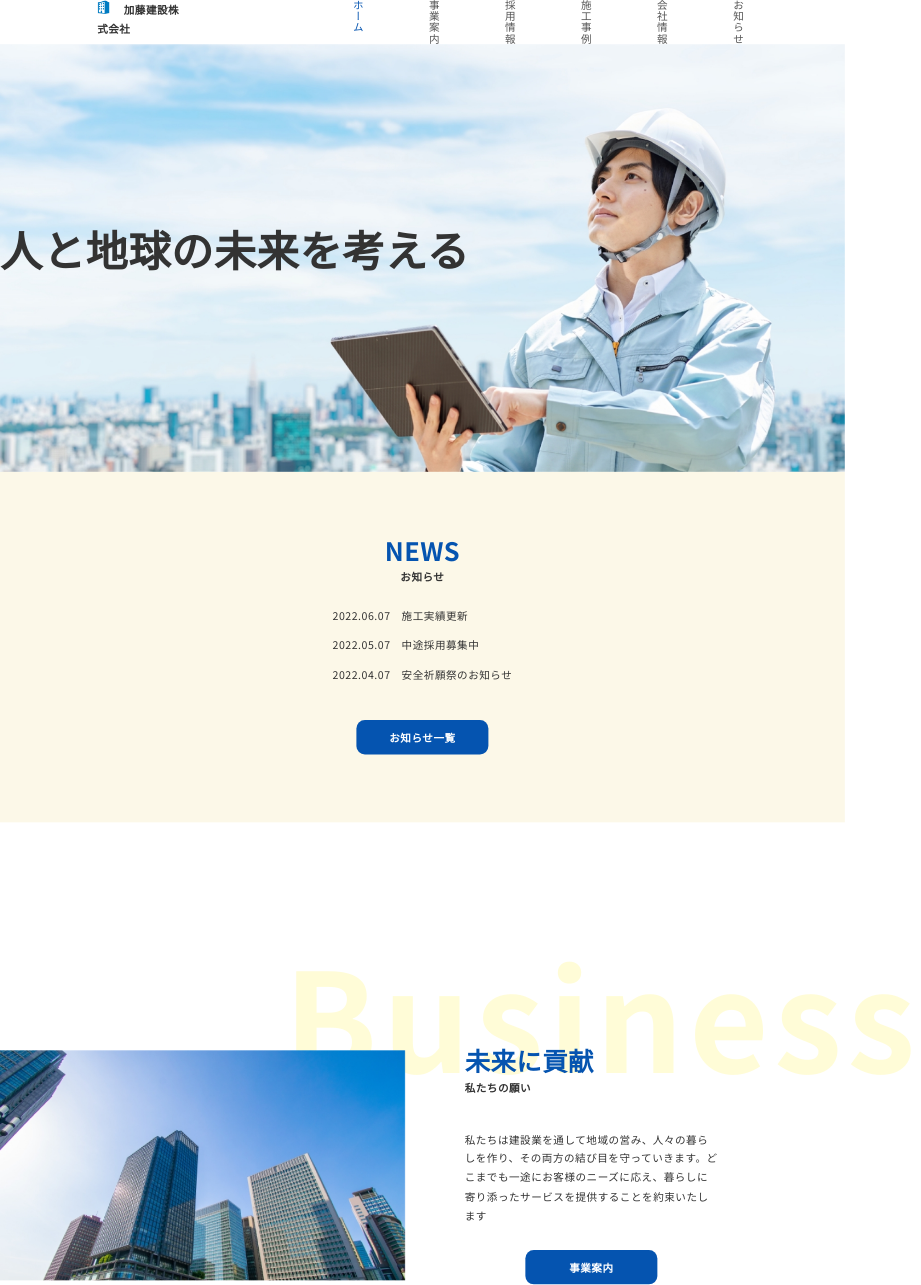
Repository: nozomi-23/hp1_test
Page: index.html
The author's editor kept a copy of each file at every save. The page is drawn from the files as they stood at one save, then again after the next save.
The browser window is 1280 px wide. The page is 1395 px wide, so the pictures cover 1395 px, including what lies to the right of the window. The pictures show the whole page, at 66% of full size.

Above is the page before, as saved 2022-06-12 14:59:46.

### index.html
<!DOCTYPE html>
<html lang="ja">
<head>
<meta charset="UTF-8">
<title>加藤建設 株式会社</title>
<meta name="description" content="人と地球の未来を考える 加藤建設 株式会社">
<meta name="keywords" content="建築,土木,インフラ">
<meta name="viewport" content="width=device-width, initial-scale=1.0">
<meta property="og:title" content="建築依頼なら「加藤建設 株式会社」">
<meta property="og:type" content="article">
<meta property="og:url" content="https://withcode-plus.tech">
<meta property="og:image" content="img/logo.png">
<meta property="og:description" content="確かな技術力が自慢、インフラから地域貢献まで加藤建設にお任せ下さい">
<meta property="og:site_name" content="加藤建設 株式会社">
<link rel="icon" href="img/favicon.ico">
<link rel="apple-touch-icon" sizes="180x180" href="img/logo.png">
<link rel="preconnect" href="https://fonts.googleapis.com">
<link rel="preconnect" href="https://fonts.gstatic.com" crossorigin>
<link href="https://fonts.googleapis.com/css2?family=Noto+Sans+JP:wght@400;500;700&family=Noto+Serif+JP&display=swap"
  rel="stylesheet">
<link rel="stylesheet" type="text/css" href="css/reset.css">
<link rel="stylesheet" type="text/css" href="css/common1.css">
<link rel="stylesheet" type="text/css" href="css/index.css">
</head>
<body>
  <!-- =========header -->
  <header>
    <div class="header_wrapper">
      <div class="header_inner">
        <h1 class="header_left">加藤建設株式会社</h1>
        <nav class="header_right" >
          <ul class="header_list">
            <li><a href="#" class="color">ホーム</a></li>
            <li><a href="html/business.html">事業案内</a></li>
            <li><a href="html/recruit.html">採用情報</a></li>
            <li><a href="html/work.html">施工事例</a></li>
            <li><a href="html/company.html">会社情報</a></li>
            <li><a href="html/news.html">お知らせ</a></li>
          </ul>
        </nav>
      </div>
    </div>
  </header>
  <!-- =========main_view -->
  <main>
    <section class="main_wrapper">
      <div class="main_txt">
        <h3>人と地球の未来を考える</h3>
      </div>
    </section>
    <!-- =========news -->
    <section class="news section section_color">
      <div class="news_wrapper">
        <h2 class="title">NEWS<br>
          <small>お知らせ</small></h2>
        <ul class="news_list">
          <li>2022.06.07&emsp;施工実績更新</li>
          <li>2022.05.07&emsp;中途採用募集中</li>
          <li>2022.04.07&emsp;安全祈願祭のお知らせ</li>
        </ul>
        <div class="btn">
          <a href="html/news.html">お知らせ一覧</a>
        </div>
      </div>
    </section>
    <!-- =========business -->
    <section class="business section">
      <div class="business_wrapper">
        <div class="business_all">
          <div class="business_bg_wrapper">
            <div class="business_bg">
              <div class="business_bg_item">
                <p>Business</p>
              </div>
            </div>
          </div>
          <div class="business_block_wrapper">
            <div class="business_block_1">
              <img src="img/bussines_top.png" alt="事業案内画像">
            </div>
            <div class="business_block_2">
              <h2 class="title">未来に貢献<br>
                <small>私たちの願い</small>
              </h2>
              <p>私たちは建設業を通して地域の営み、人々の暮らしを作り、その両方の結び目を守っていきます。どこまでも一途にお客様のニーズに応え、暮らしに寄り添ったサービスを提供することを約束いたします</p>
              <div class="btn">
                <a href="html/business.html">事業案内</a>
              </div>
            </div>
          </div>
        </div>

      </div>
    </section>
  </main>
</body>
</html>

### css/reset.css
@charset "UTF-8";

html,
body,
div,
span,
object,
iframe,
h1,
h2,
h3,
h4,
h5,
h6,
p,
blockquote,
pre,
abbr,
address,
cite,
code,
del,
dfn,
em,
img,
ins,
kbd,
q,
samp,
small,
strong,
sub,
sup,
var,
b,
i,
dl,
dt,
dd,
ol,
ul,
li,
fieldset,
form,
label,
legend,
table,
caption,
tbody,
tfoot,
thead,
tr,
th,
td,
article,
aside,
canvas,
details,
figcaption,
figure,
footer,
header,
hgroup,
menu,
nav,
section,
summary,
time,
mark,
audio,
video {
  margin: 0;
  padding: 0;
  border: 0;
  outline: 0;
  font-size: 100%;
  vertical-align: baseline;
  background: transparent;
}

body {
  line-height: 1;
}

article,
aside,
details,
figcaption,
figure,
footer,
header,
hgroup,
menu,
nav,
section {
  display: block;
}

nav ul {
  list-style: none;
}

blockquote,
q {
  quotes: none;
}

blockquote:before,
blockquote:after,
q:before,
q:after {
  content: '';
  content: none;
}

a {
  margin: 0;
  padding: 0;
  font-size: 100%;
  vertical-align: baseline;
  background: transparent;
}

/* change colours to suit your needs */
ins {
  background-color: #ff9;
  color: #000;
  text-decoration: none;
}

/* change colours to suit your needs */
mark {
  background-color: #ff9;
  color: #000;
  font-style: italic;
  font-weight: bold;
}

del {
  text-decoration: line-through;
}

abbr[title],
dfn[title] {
  border-bottom: 1px dotted;
  cursor: help;
}

table {
  border-collapse: collapse;
  border-spacing: 0;
}

/* change border colour to suit your needs */
hr {
  display: block;
  height: 1px;
  border: 0;
  border-top: 1px solid #cccccc;
  margin: 1em 0;
  padding: 0;
}

input,
select {
  vertical-align: middle;
}

### css/common1.css
@charset "UTF-8";

body {
  color: #333;
  letter-spacing: 0.05em;
  line-height: 1.8;
  font-family: 'Noto Sans JP', sans-serif ,'Noto Serif JP', serif;
  word-break: break-all;
}
li {
  list-style: none;
}

a {
  text-decoration: none;
}
.section {
  padding: 8% 0;
  position: relative;
}


/* タイトル */
.title {
  color: #0554B0;
  font-weight: bold;
  font-size: 2.4rem;
  line-height: 0.8;
}
.title small {
  font-size: 1rem;
  color: #333;
}
/* ボタン */
.btn {
  background-color: #0554B0;
  width: 200px;
  margin: 0 auto;
  line-height: 2;
  border-radius: 0.8rem;
}
.btn a {
  display: block;
  color: #fff;
  font-weight: bold;
  padding: 5%;
  text-align: center;
}
.btn:hover {
  opacity: 0.5;
}

### css/index.css
@charset "UTF-8";

/* =================
header
===================*/
.header_wrapper {
  display: flex;
  justify-content: center;
}
.header_inner {
  width: 77%;
  display: flex;
  justify-content: space-between;

}
.header_list {
  display: table;
}
.header_list li {
  display: table-cell;
  writing-mode: vertical-rl;
}
.header_list li a {
  color: #555;
}
.header_list li a:hover {
  opacity: 0.5;
}
.header_list li a.color {
  color: #0554B0;
}

.header_left::before {
  content: "";
  background: url(../img/name_icon.png) no-repeat ;
  background-size: contain;
  width: 30%;
  height: 30%;
  z-index: 1;
  display: inline-block;
}

/* =================
main_view
===================*/
.main_wrapper {
  background: url(../img/top_img.png)no-repeat center;
  background-size: cover;
  width: 100%;
  height: 90vh;
}
.main_txt {
  font-size: 4rem;
  font-weight: normal;
  font-family: 'Noto Serif JP';
  position: relative;
  top: 40%;
}
/* =================
news
===================*/
.section_color {
  background-color: #FCF8E8;
}
.news {
  text-align: center;
  display: block;
}

.news_list {
  padding: 3%;
  text-align: left;
  display: inline-block;

}
.news_list li {
  margin-bottom: 1rem;
}
/* =================
business
===================*/
.business_all {
  position: relative;
}
.business_block_wrapper {
  width: 100%;
  height: auto;
  display: flex;
  justify-content: space-between;
  position: absolute;
  top: 65%;
}


.business_block_1 {
  width: 48%;
}
.business_block_1 img{
  width: 100%;
  height: auto;
}
.business_block_2 {
  width: 30%;
  margin-right: 15%;
}
.business_block_2 p {
  padding: 15% 0 10% 0;
}
.business_bg {
  width: 80%;
}
.business_bg_wrapper {
  width: 83%;
  margin-left: auto;
}
.business_bg_item {
  width: 100%;
  /* background-color: aqua; */
}
.business_bg {
  margin-left: auto;
}
.business_bg_item p {
  color: rgba(255, 245, 109, 0.27);
  font-size: 13rem;
  font-weight: 700;
  white-space: nowrap;
  letter-spacing: 0.5rem;
  }

After the next save:
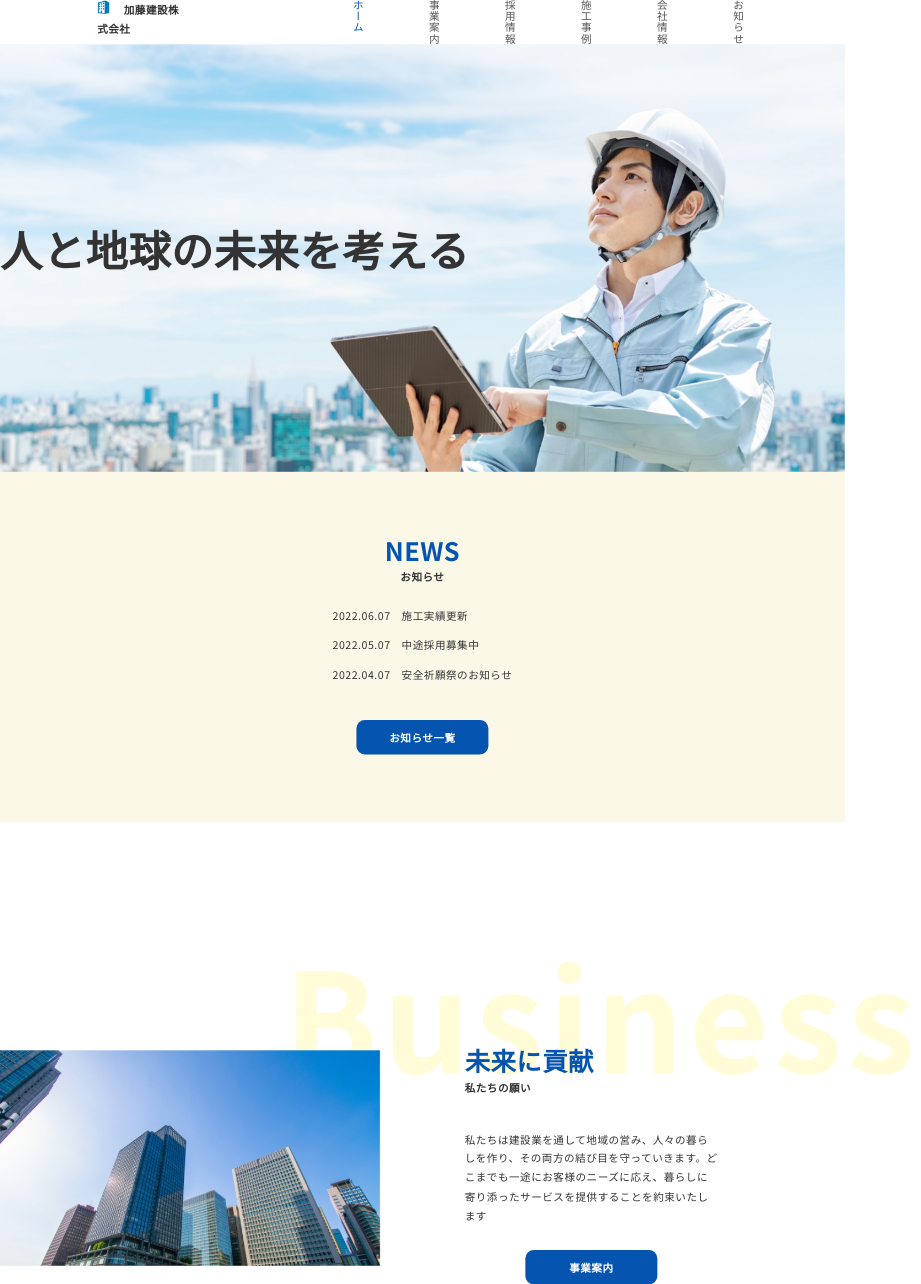
Saved 10 s later.
--- a/css/index.css
+++ b/css/index.css
@@ -93,7 +93,7 @@ business
 
 
 .business_block_1 {
-  width: 48%;
+  width: 45%;
 }
 .business_block_1 img{
   width: 100%;
